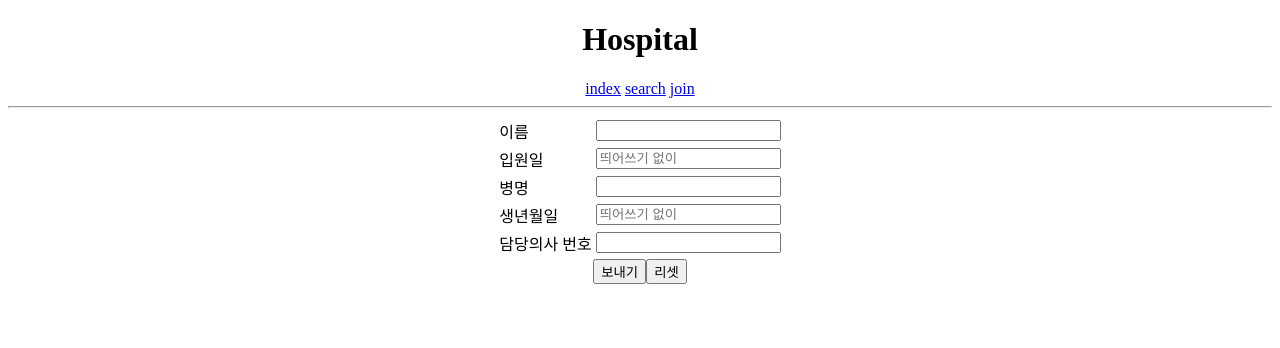
Repository: kimgh06/jsp_teamwork
Page: http://localhost/hospital/join.jsp
The author's editor kept a copy of each file at every save. The page is drawn from the files as they stood at one save, then again after the next save.
The browser window is 1280 px wide. The pictures show the whole page.
The page is served by Tomcat 9. Other server files are loaded and not shown.

Above is the page before, as saved 2023-06-14 14:06:46.

### hospital/src/main/webapp/join.jsp
<%@ page language="java" contentType="text/html; charset=UTF-8"
    pageEncoding="UTF-8"%>
<!DOCTYPE html>
<html>
<head>
<meta charset="EUC-KR">
<title>Insert title here</title>
</head>
<body>
<script type="text/javascript" src="./check.js"></script>
<jsp:include page="./header.jsp"></jsp:include>
<form method="post" action="action.jsp" name="frm" style="display: flex; justify-content: center; align-items: center">
<table>
	<tr><td>이름</td><td><input name="name"/></td></tr>
	<tr><td>입원일</td><td><input placeholder="띄어쓰기 없이" name="clinicdate"/></td></tr>
	<tr><td>병명</td><td><input name="reason"/></td></tr>
	<tr><td>생년월일</td><td><input placeholder="띄어쓰기 없이" name="birthday"/></td></tr>
	<tr><td>담당의사 번호</td><td><input name="doctornum"/></td></tr>
	<tr><td colspan="2" style='text-align: center'><input type="button" value="보내기" onclick="addCheck()"><input type="button" value="리셋"onclick="res()"></td></tr>
</table>
</form>
</html>

### hospital/src/main/webapp/header.jsp
<%@ page language="java" contentType="text/html; charset=EUC-KR"
    pageEncoding="EUC-KR"%>
<!DOCTYPE html>
<html>
<head>
<meta charset="EUC-KR">
<title>Hospital</title>
</head>
<body>
<header style="text-align:center">
<h1>Hospital</h1>
<a href="./index.jsp">index</a>
<a href="./search.jsp">search</a>
<a href="./join.jsp">join</a>
<hr>
</header>
</body>
</html>

### hospital/src/main/webapp/check.js
function addCheck(){
	if(frm.name.value.length==0){
		alert("환자이름이 입력되지 않았습니다");
		frm.name.value.focus();
		return false;
	}else if(frm.clinicdate.value.length==0){
		alert("입원일이 입력되지 않았습니다");
		frm.clinicdate.value.focus();
		return false;
	}else if(frm.reason.value.length==0){
		alert("병명이 입력되지 않았습니다");
		frm.reason.value.focus();
		return false;
	}else if(frm.birthday.value.length==0){
		alert("생년월일이 입력되지 않았습니다");
		frm.birthday.value.focus();
		return false;
	}else if(frm.doctornum.value.length ==0){
		alert("담당의사 번호가 입력되지 않았습니다.");
		frm.doctor.num.value.focus();
		return false
	}
	alert("등록되었습니다.");
	document.frm.submit();
	return true;
}

function res(){
	if(confirm("정보를 지우고 처음부터 다시시작합니까?")){
		document.frm.reset();
	}
}

After the next save:
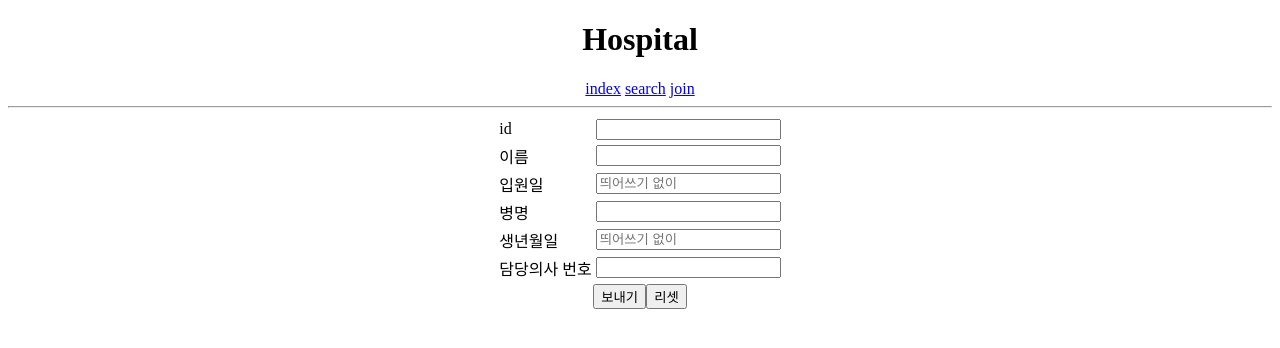
Saved 22 min 51 s later.
--- a/hospital/src/main/webapp/join.jsp
+++ b/hospital/src/main/webapp/join.jsp
@@ -11,6 +11,7 @@
 <jsp:include page="./header.jsp"></jsp:include>
 <form method="post" action="action.jsp" name="frm" style="display: flex; justify-content: center; align-items: center">
 <table>
+	<tr><td>id</td><td><input name="id"/></td></tr>
 	<tr><td>이름</td><td><input name="name"/></td></tr>
 	<tr><td>입원일</td><td><input placeholder="띄어쓰기 없이" name="clinicdate"/></td></tr>
 	<tr><td>병명</td><td><input name="reason"/></td></tr>
